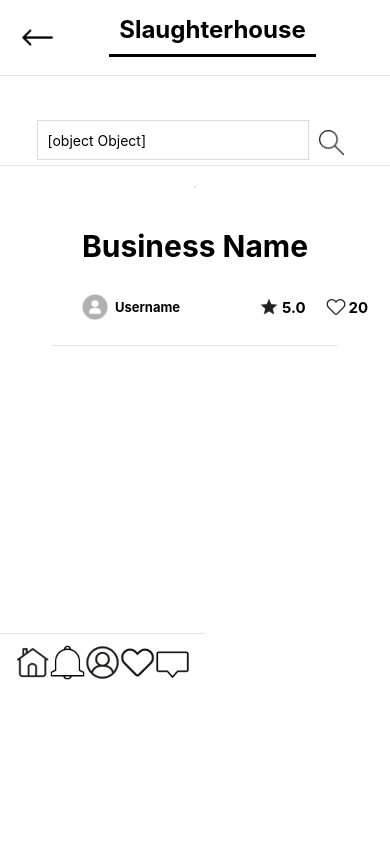
Repository: Evelyn-ZYW/FarmilyFrontEnd
Screen: / (app in react_native_app/MyApp/)
The author's editor kept a copy of each file at every save. The screen is drawn from the files as they stood at one save, then again after a run of saves.
Pictures or frames that could not be fetched are drawn as grey boxes. The app was drawn by React Native's web renderer in a window 390 px wide. The project was rebuilt for these pictures with package versions that can differ from the ones it lists, and the page was loaded fresh each time. Also part of the build but not shown: react_native_app/MyApp/storybook/stories/CenterView/style.js, react_native_app/MyApp/comps/ForumPost/index.js, react_native_app/MyApp/pages/ForumBoard/index.js, react_native_app/MyApp/comps/MsgBox/index.js, react_native_app/MyApp/pages/MessageMain/index.js, react_native_app/MyApp/comps/TradePost/index.js, react_native_app/MyApp/pages/MpBoard/index.js, react_native_app/MyApp/comps/ShListing/index.js and 43 more.

Above is the screen before, as saved 2020-11-15 18:46:35.

After the next 2 saves:
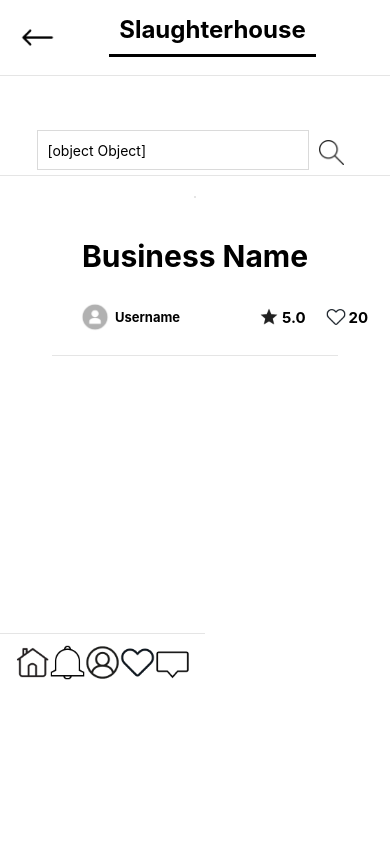
The 2 saves are shown as one change because they came seconds apart.
The last was saved 15 s later.
--- a/react_native_app/MyApp/pages/ShInfo/index.js
+++ b/react_native_app/MyApp/pages/ShInfo/index.js
@@ -27,7 +27,7 @@ const styles = StyleSheet.create({
     },
     midcont:{
         display: "flex",
-        marginTop: 40,
+        marginTop: 50,
         alignItems: 'center',
         justifyContent: "center"
     },
